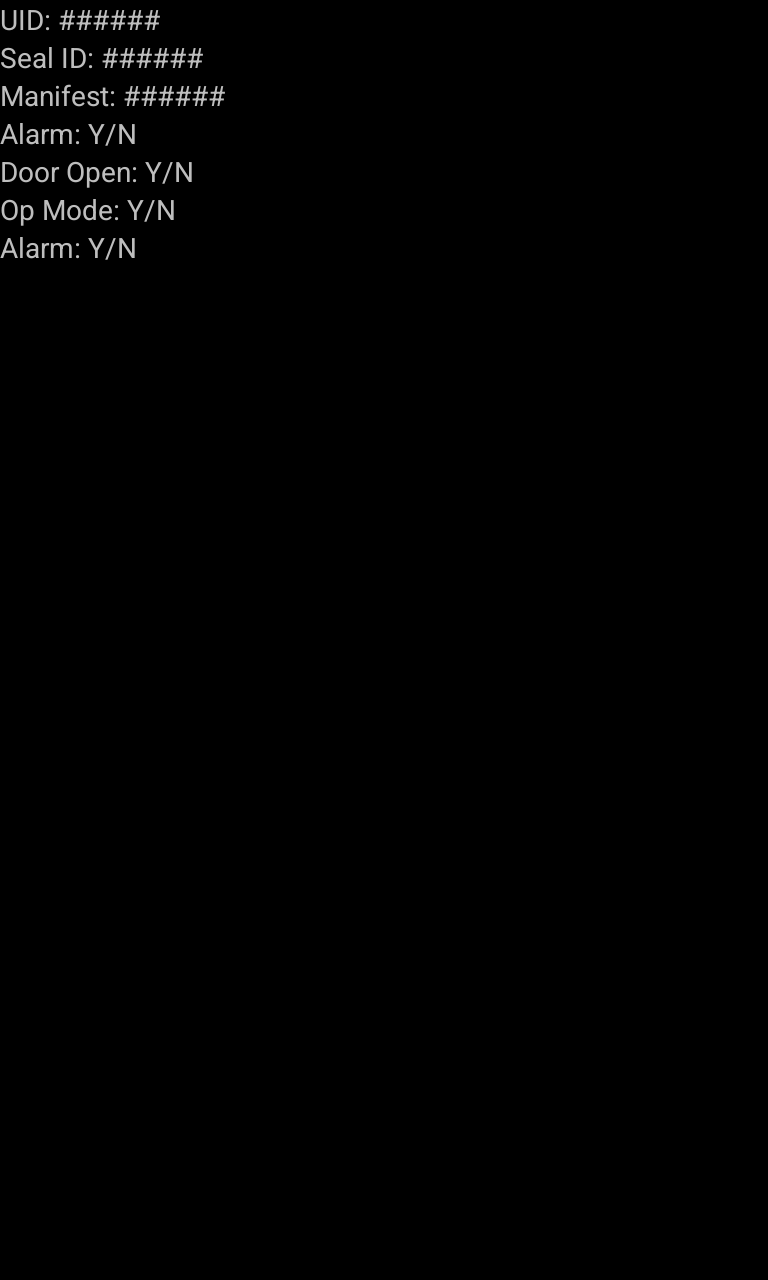
Repository: sergioenriquez/CSTE
Layout: HNAD/res/layout/devinfotab.xml
The author's editor kept a copy of each file at every save. The layout is drawn from the files as they stood at one save, then again after the next save.
It is drawn on a 768 x 1280 px phone screen (xhdpi) without system bars, with theme android:Theme.NoTitleBar; the app's code is not run.

Above is the layout before, as saved 2011-12-19 06:41:36.

After the next save:
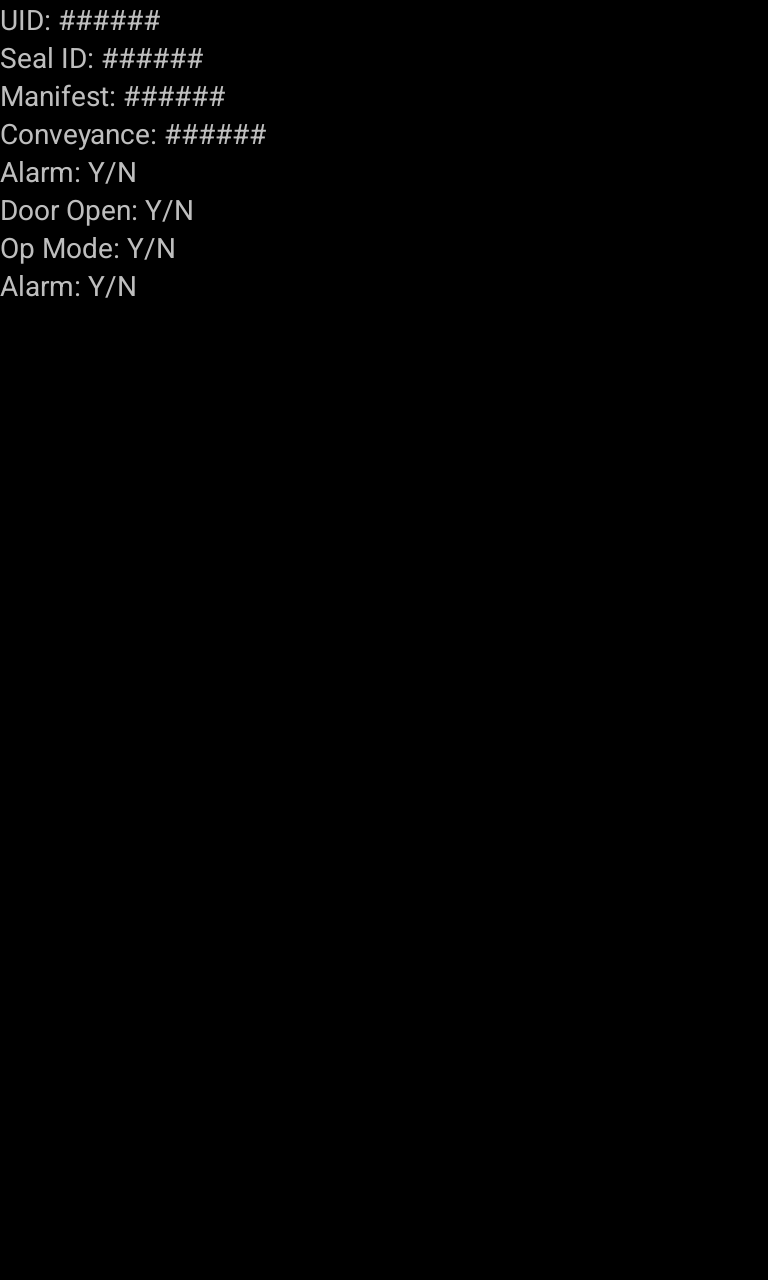
Saved 11 s later.
--- a/HNAD/res/layout/devinfotab.xml
+++ b/HNAD/res/layout/devinfotab.xml
@@ -13,6 +13,10 @@
 	    android:layout_height="wrap_content"/>
     <TextView
         android:text="Manifest: ######"
+	    android:layout_width="wrap_content"
+	    android:layout_height="wrap_content"/>
+    <TextView
+        android:text="Conveyance: ######"
 	    android:layout_width="wrap_content"
 	    android:layout_height="wrap_content"/>
 	<TextView
